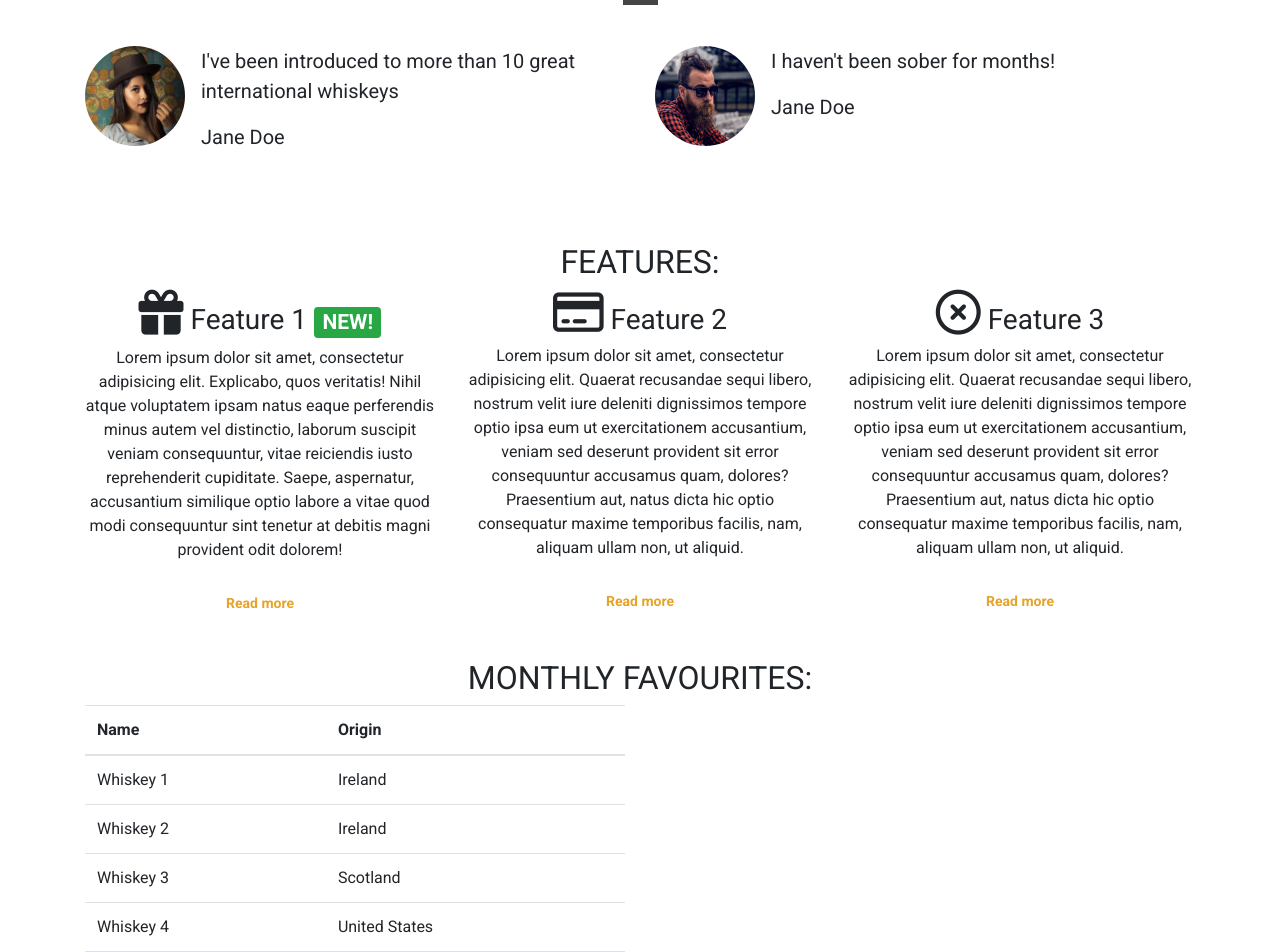
Repository: Sarani1612/whiskey-drop
Page: index.html
The author's editor kept a record of every edit. The page is drawn from the files as they stood at one moment, then again after the next edit.
The browser window is 1280 px wide. The pictures show the part of the page from y = 849 to 1801 px (the page is 1865 px tall before and 2015 px after).
Backgrounds fixed to the window are drawn as part of the page. Some web libraries are served in a nearby version.

Above is the page before.
Console error: TypeError: Cannot read properties of undefined (reading 'fn')

After the next edit:
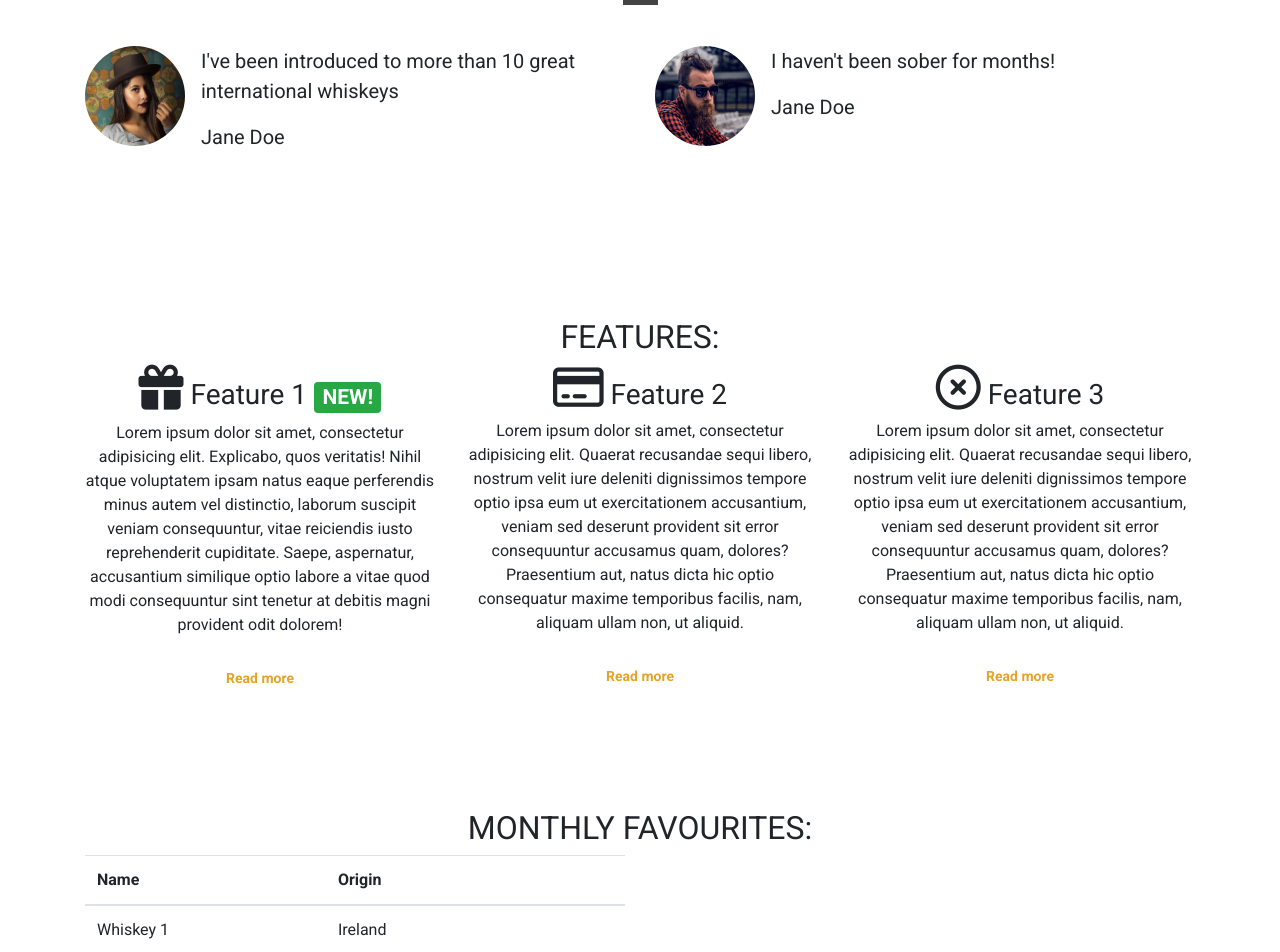
The edit:
--- a/index.html
+++ b/index.html
@@ -120,7 +120,7 @@
     </div>
 
     <!-- Features -->
-    <div class="container features-container">
+    <div class="container features-container content-container">
         <section class="features">
             <div class="row">
                 <div class="col-12 page-header">
